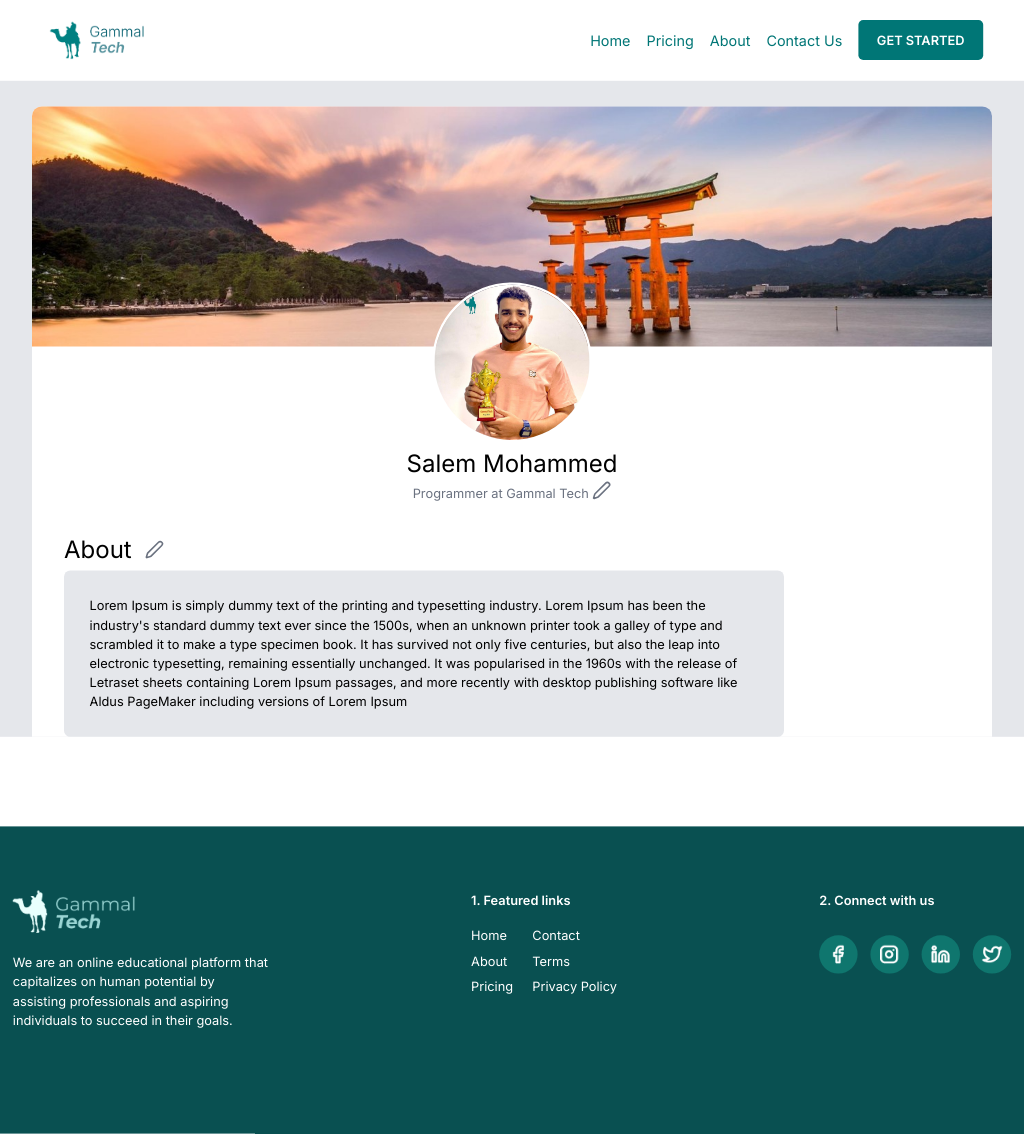
Repository: Ahmed77669/Internship-test
Page: /profile
The author's editor kept a copy of each file at every save. The page is drawn from the files as they stood at one save, then again after the next save.
The browser window is 1280 px wide. The pictures show the whole page, at 80% of full size.
The page's requests for data from a server got no answer. The project was rebuilt for these pictures with package versions that can differ from the ones it lists, and the page was loaded fresh each time. The framework's server and built-in components were replaced by stand-ins that run in the browser. No one was signed in, and anything a server would have sent is missing. Also part of the build but not shown: next.config.mjs, components/Header/NavBarAuth.tsx.

Above is the page before, as saved 2024-10-25 14:08:25.

After the next save:
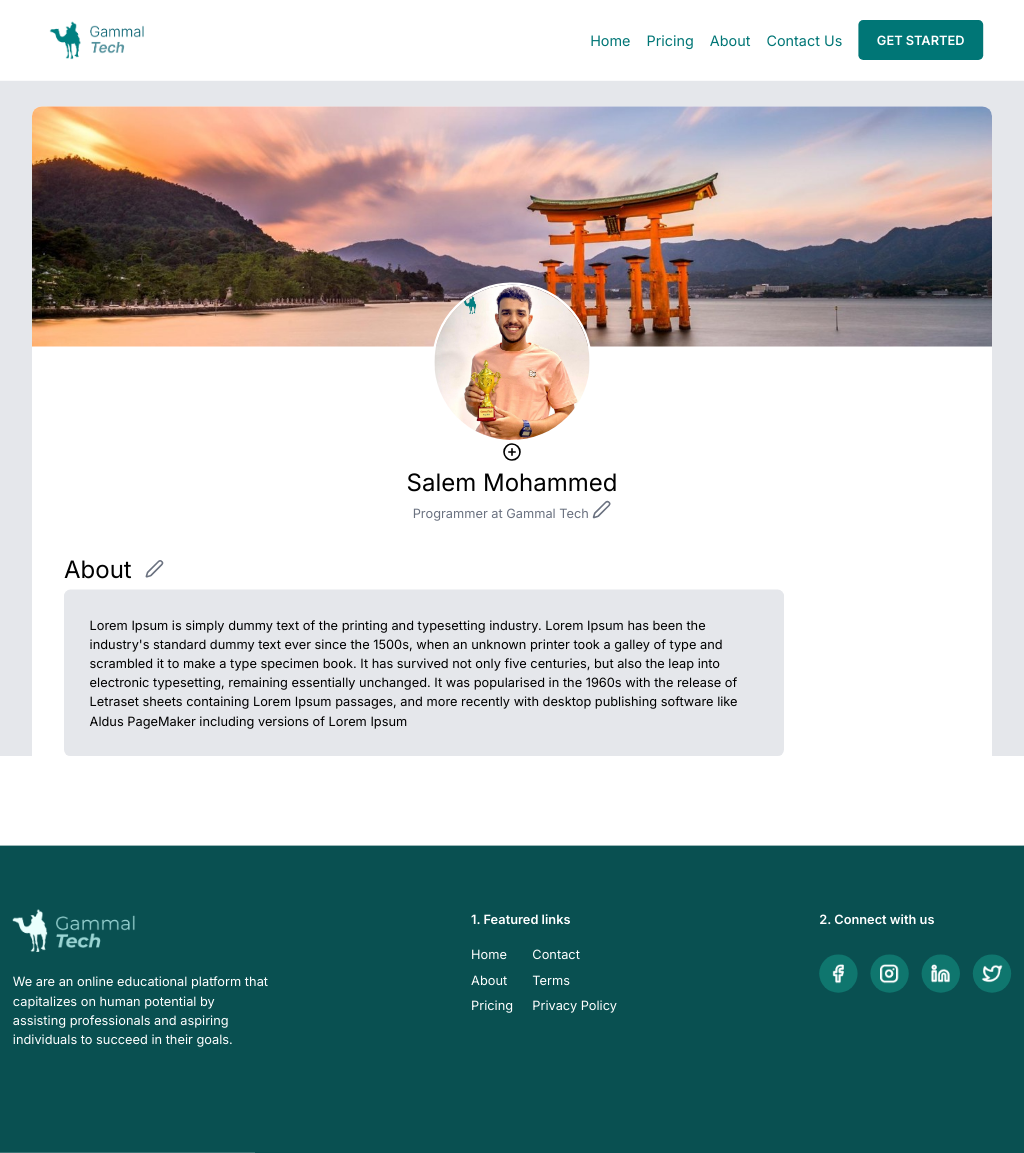
Saved 2 min 22 s later.
--- a/components/Profile/Profile.tsx
+++ b/components/Profile/Profile.tsx
@@ -2,7 +2,7 @@ import React from "react";
 import Image from "next/image";
 import selectedImage from "@/public/coders photos/coder2.jpg";
 import popoo from "@/public/popoo.jpg"
-import { Pen } from "lucide-react";
+import { Pen , PlusCircle} from "lucide-react";
 
 const Profile = () => {
   return (
@@ -30,6 +30,7 @@ const Profile = () => {
       border: "3px white solid"
     }}
   />
+<PlusCircle/>
   <p className="text-black text-3xl mt-2">Salem Mohammed</p>
   <div className="flex">
   <p className="text-gray-500 text-[16px] mt-2 mr-1">Programmer at Gammal Tech</p>
